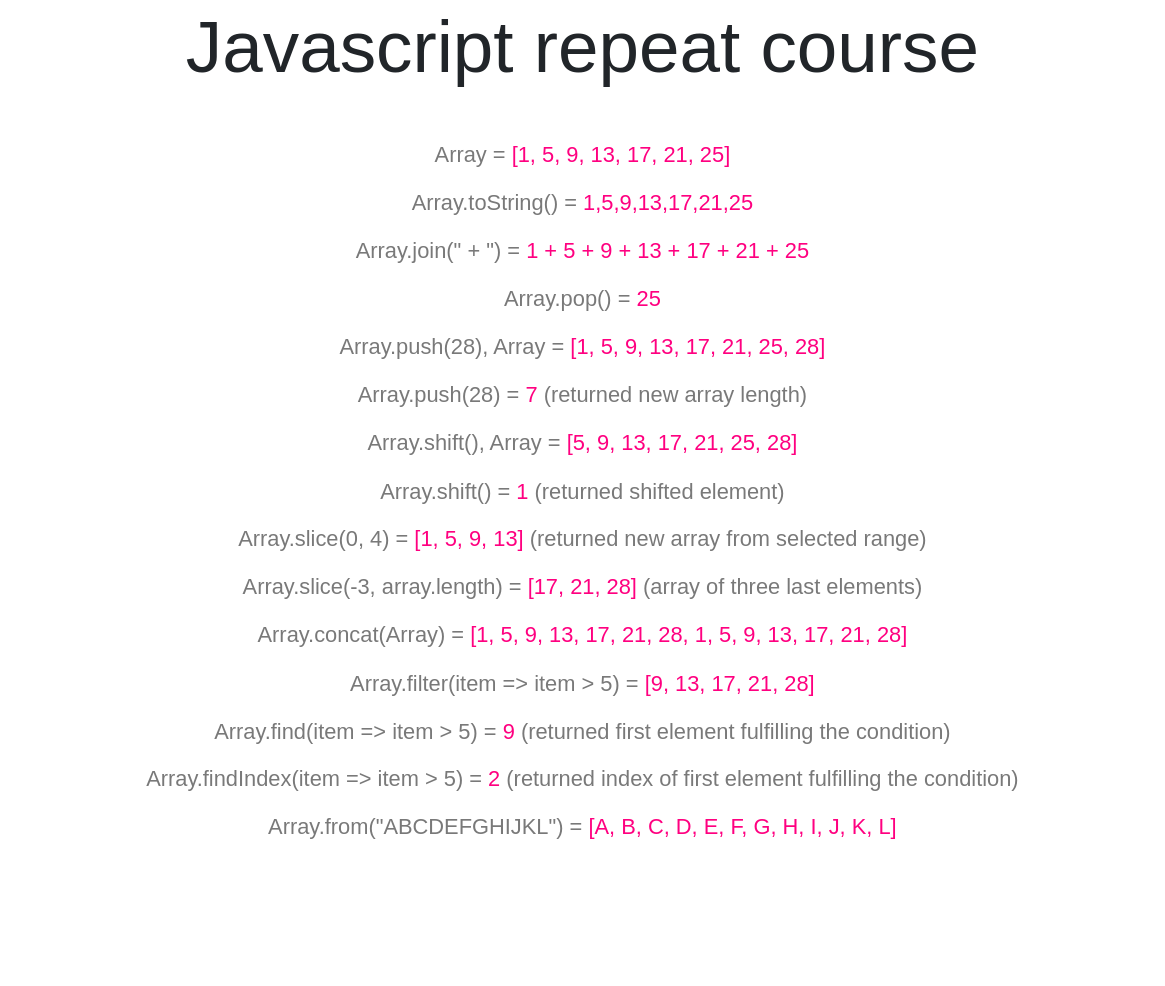
Repository: michalgornicki/javascript
Page: /
The author's editor kept a copy of each file at every save. The page is drawn from the files as they stood at one save, then again after a run of saves.
The browser window is 1280 px wide. The pictures show the whole page, at 91% of full size.
The project was rebuilt for these pictures with package versions that can differ from the ones it lists, and the page was loaded fresh each time. Also part of the build but not shown: src/index.css.

Above is the page before, as saved 2022-01-31 13:13:44.

### src/App.jsx
import React from "react";
import "./App.css";
import "bootstrap/dist/css/bootstrap.min.css";

function App() {
  const array = [1, 5, 9, 13, 17, 21, 25];

  console.log(array);

  return (
    <div className="text-center">
      <div className="display-1 mt-1 mb-5">Javascript repeat course</div>
      <div className="js-item h4 py-2">
        {" "}
        <span className="">Array = </span>
        <span className="text-pink">[{array.join(", ")}]</span>
      </div>
      <div className="js-item h4 py-2">
        {" "}
        <span className="">Array.toString() =</span> <span className="text-pink">{array.toString()}</span>
      </div>
      <div className="js-item h4 py-2">
        {" "}
        <span className="">Array.join(" + ") =</span> <span className="text-pink">{array.join(" + ")}</span>
      </div>
      <div className="js-item h4 py-2">
        {" "}
        <span className="">Array.pop() =</span> <span className="text-pink">{array.pop()}</span>
      </div>
      <div className="js-item h4 py-2">
        {" "}
        <span className="">Array.push(28), Array =</span> <span className="text-pink">[1, 5, 9, 13, 17, 21, 25, 28]</span>
      </div>
      <div className="js-item h4 py-2">
        {" "}
        <span className="">Array.push(28) =</span> <span className="text-pink"> {array.push(28)}</span> (returned new array length)
      </div>
      <div className="js-item h4 py-2">
        {" "}
        <span className="">Array.shift(), Array =</span> <span className="text-pink"> [5, 9, 13, 17, 21, 25, 28]</span>
      </div>
      <div className="js-item h4 py-2">
        {" "}
        <span className="">Array.shift() =</span> <span className="text-pink">1</span> (returned shifted element)
      </div>
      <div className="js-item h4 py-2">
        {" "}
        <span className="">Array.slice(0, 4) =</span> <span className="text-pink">[{array.slice(0, 4).join(", ")}]</span> (returned new array from selected range)
      </div>
      <div className="js-item h4 py-2">
        {" "}
        <span className="">Array.slice(-3, array.length) =</span> <span className="text-pink">[{array.slice(-3, array.length).join(", ")}]</span> (array of three last elements)
      </div>
      <div className="js-item h4 py-2">
        {" "}
        <span className="">Array.concat(Array) =</span> <span className="text-pink">[{array.concat(array).join(", ")}]</span>
      </div>
      <div className="js-item h4 py-2">
        {" "}
        <span className="">
          Array.filter(item {"=>"} item {">"} 5) =
        </span>{" "}
        <span className="text-pink">[{array.filter((item) => item > 5).join(", ")}]</span>
      </div>
      <div className="js-item h4 py-2">
        {" "}
        <span className="">
          Array.find(item {"=>"} item {">"} 5) =
        </span>
        <span className="text-pink"> {array.find((item) => item > 5)} </span> (returned first element fulfilling the condition)
      </div>
      <div className="js-item h4 py-2">
        {" "}
        <span className="">
          Array.findIndex(item {"=>"} item {">"} 5) =
        </span>
        <span className="text-pink"> {array.findIndex((item) => item > 5)} </span> (returned index of first element fulfilling the condition)
      </div>
      <div className="js-item h4 py-2">
        {" "}
        <span className="">
         Array.from("ABCDEFGHIJKL") =
        </span>
        <span className="text-pink"> [{Array.from("ABCDEFGHIJKL").join(", ")}] </span>
      </div>
    </div>
  );
}

export default App;

### src/App.css
body{
    font-family: Arial, Helvetica, sans-serif!important;
    overflow-x: hidden;
    padding-bottom: 20vh;
}

.js-item{
    color:rgb(121, 121, 121);
    transition: 0.2s;
}

.js-item:hover{
    cursor: pointer;
}

.text-pink{
    color:rgb(255, 0, 128)!important;
}

Loaded but not shown: public/index.html (common file); src/index.js (common file); src/reportWebVitals.js (common file)

After the next 3 saves:
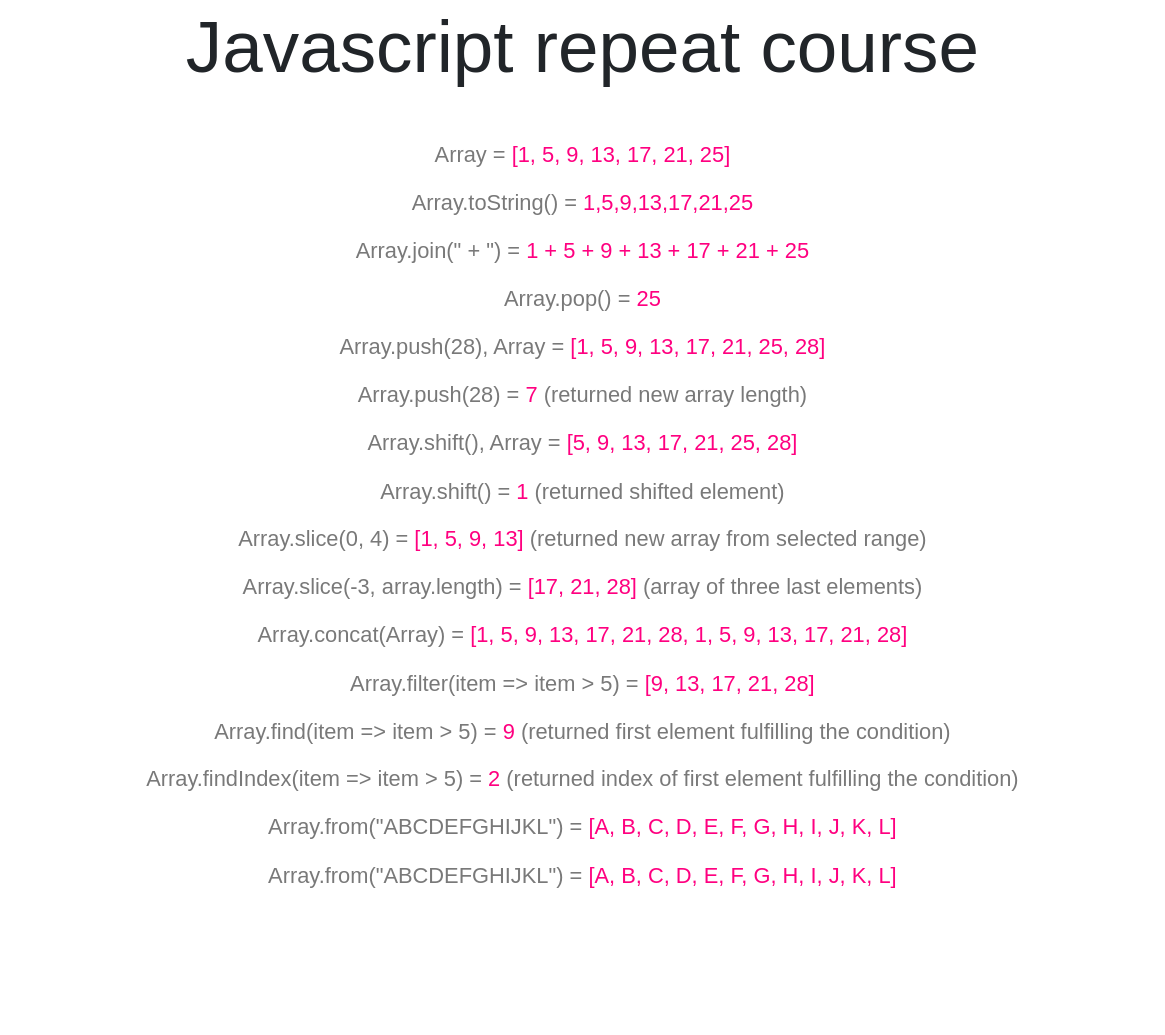
The 3 saves are shown as one change because they came seconds apart.
The last was saved 53 s later.
--- a/src/App.jsx
+++ b/src/App.jsx
@@ -83,6 +83,15 @@ function App() {
         </span>
         <span className="text-pink"> [{Array.from("ABCDEFGHIJKL").join(", ")}] </span>
       </div>
+      <div className="js-item h4 py-2">
+        {" "}
+        <span className="">
+         Array.from("ABCDEFGHIJKL") =
+        </span>
+        <span className="text-pink"> [{Array.from("ABCDEFGHIJKL").join(", ")}] </span>
+      </div>
+
+
     </div>
   );
 }
